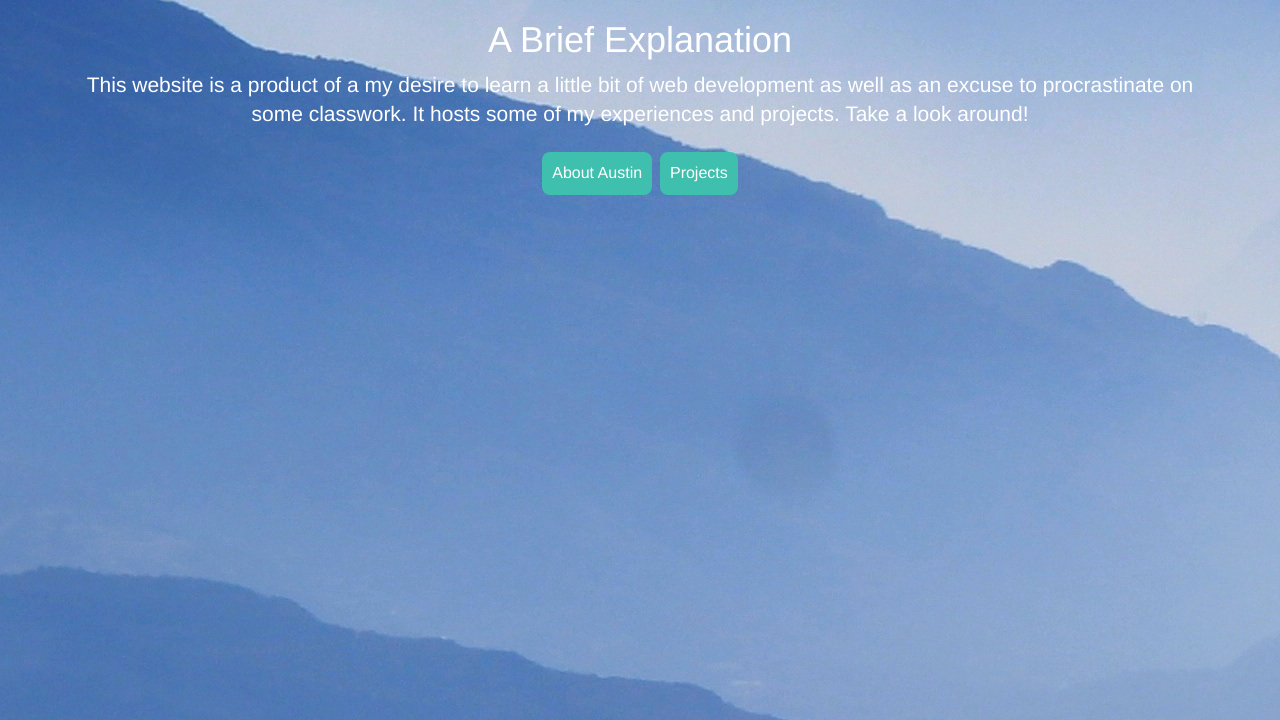
Repository: austinHerring/PersonalWebsite
Page: PersonalWebsite/WebContent/index.html
These files come from the project's save history. The page is drawn as it stood at one moment and after the next save; the edit follows.
The browser window is 1280 px wide. The pictures show the whole page.

Above is the page before, as saved 2016-06-12 22:52:17.

After the next save:
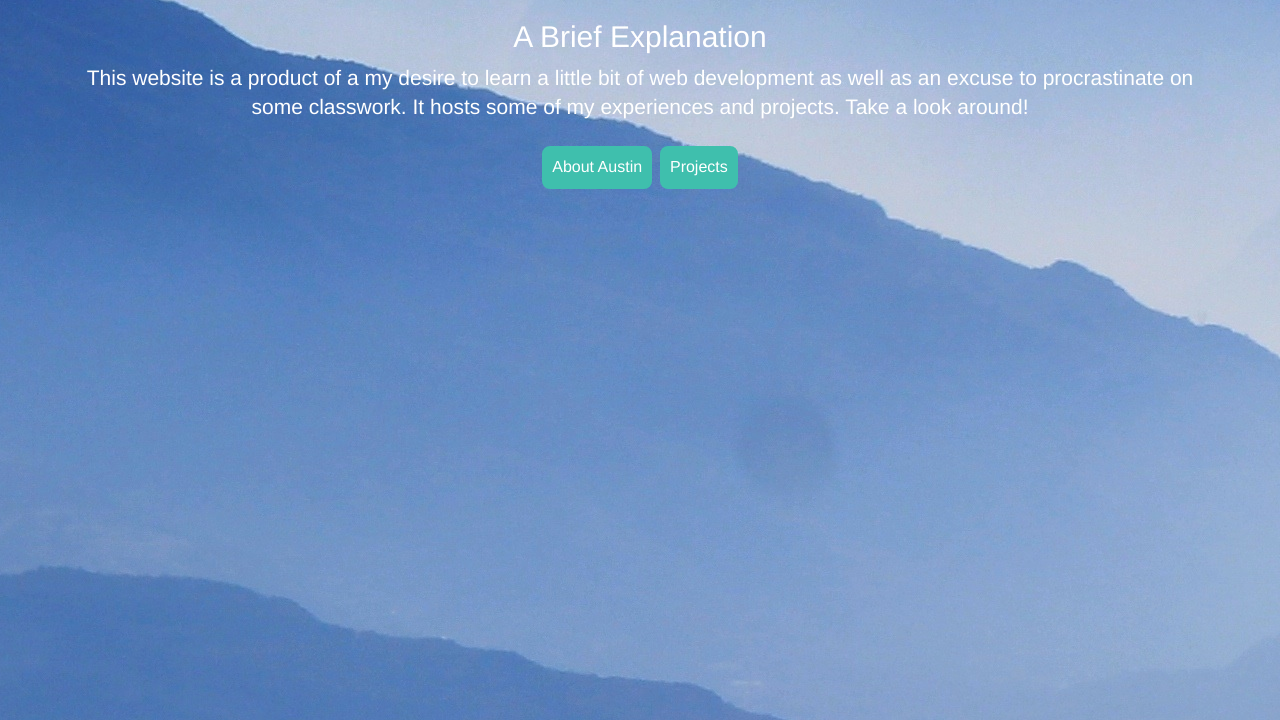
Saved 2 min 44 s later.
--- a/PersonalWebsite/WebContent/css/main.css
+++ b/PersonalWebsite/WebContent/css/main.css
@@ -4,9 +4,7 @@
     text-align: center;
     color: #fff;
     background-color:#000;
-      margin: auto;
-  position: absolute;
-  top: 0; left: 0; bottom: 0; right: 0;
+
 }
 
 .button {
@@ -36,3 +34,11 @@
     color: #3fbfad;
     text-decoration: none;
 }
+
+h1 {
+    font-size: 30px;
+}
+
+p {
+    font-size: 30px;
+}

After the 2 saves that followed:
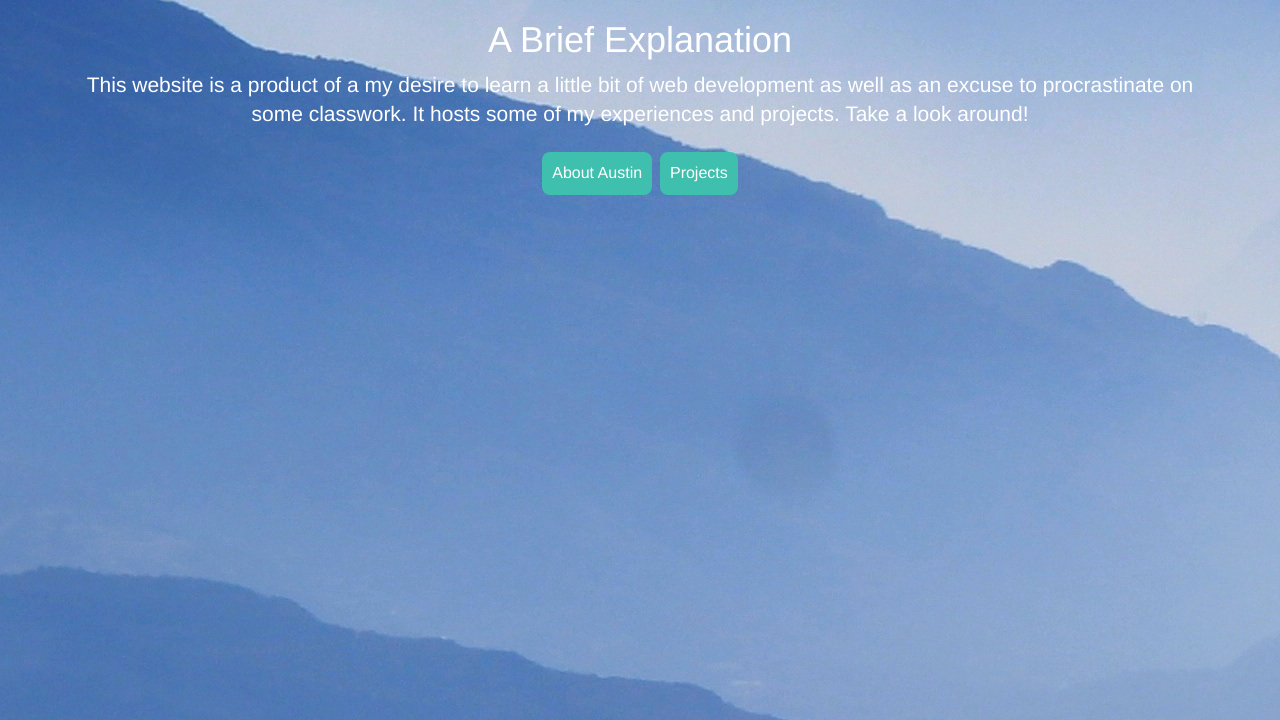
The 2 saves are shown as one change because 1 left the picture as it was.
The last was saved 47 s later.
--- a/PersonalWebsite/WebContent/css/main.css
+++ b/PersonalWebsite/WebContent/css/main.css
@@ -34,11 +34,3 @@
     color: #3fbfad;
     text-decoration: none;
 }
-
-h1 {
-    font-size: 30px;
-}
-
-p {
-    font-size: 30px;
-}
